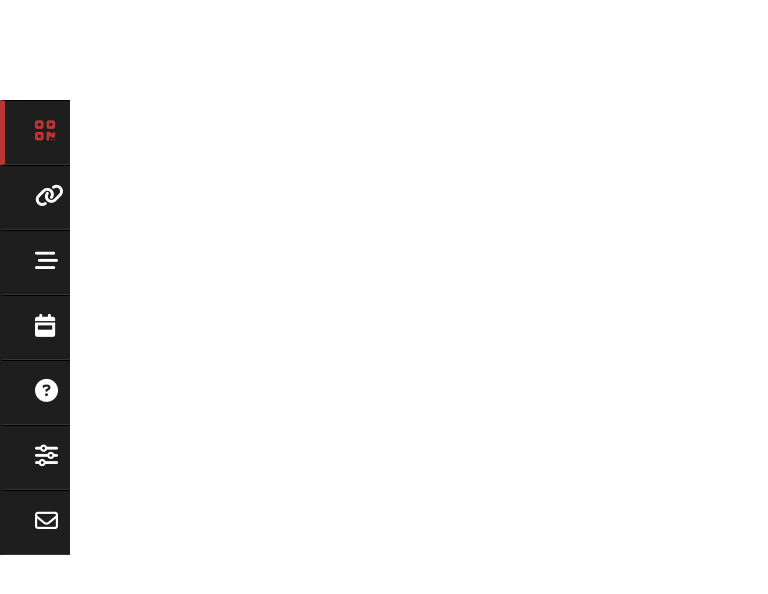
Repository: Alex-Serky/Dossier-Nav
Page: Nav-Responsive/index.html
The author's editor kept a copy of each file at every save. The page is drawn from the files as they stood at one save, then again after the next save.
The browser window is 768 px wide. The pictures show the whole page.
Some web fonts or font styles are not loaded; a fallback is used. Some web libraries are served in a nearby version.

Above is the page before, as saved 2020-02-22 01:22:14.

After the next save:
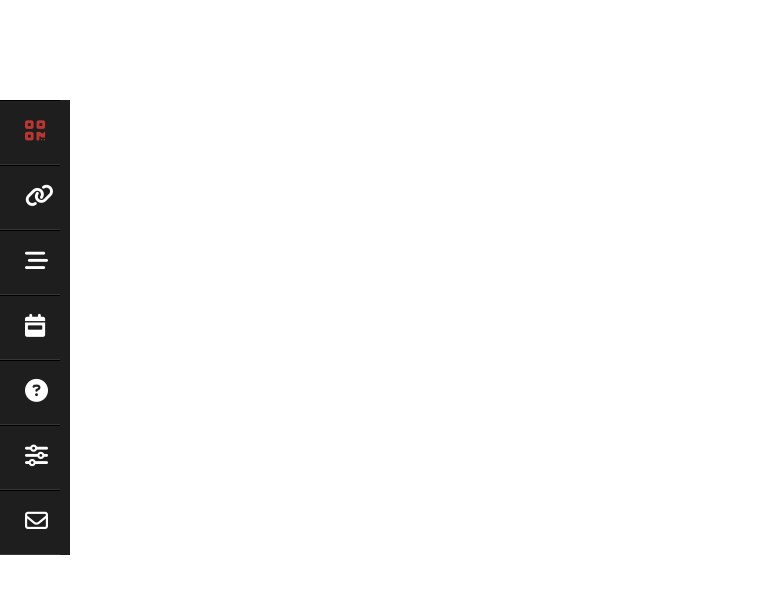
Saved 119 s later.
--- a/Nav-Responsive/style.css
+++ b/Nav-Responsive/style.css
@@ -117,4 +117,8 @@ label #cancel {
         opacity: 0;
         visibility: hidden;
     }
+
+    .sidebar a {
+        margin-left: -10px;
+    }
 }
